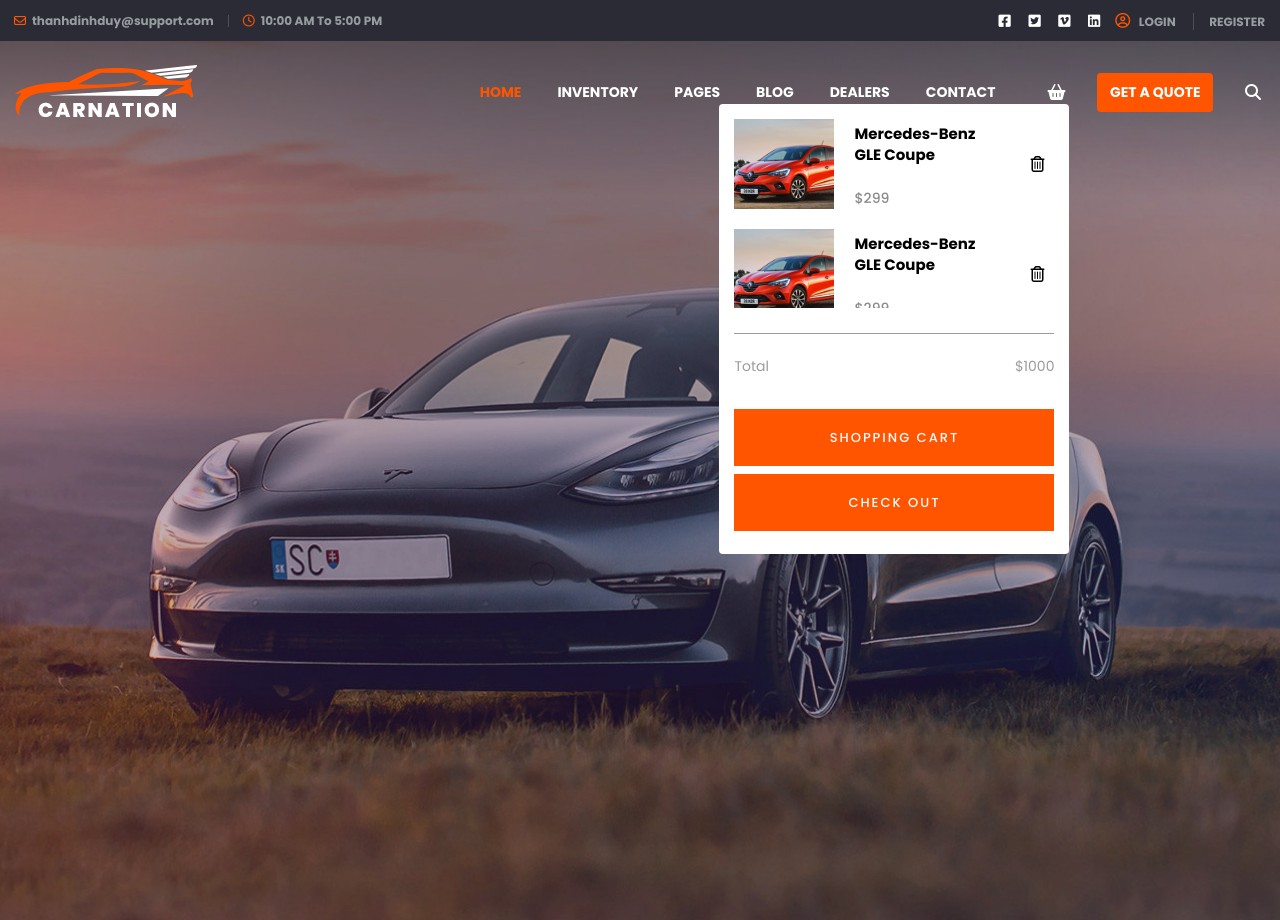
Repository: thanhdinh01/shopcar
Page: index.html
The author's editor kept a copy of each file at every save. The page is drawn from the files as they stood at one save, then again after the next save.
The browser window is 1280 px wide. The pictures show the whole page.
Some web libraries are served in a nearby version. The style sheet was rebuilt from its Sass, Less or Tailwind sources for each picture, by a compiler version that may differ from the author's.

Above is the page before, as saved 2022-08-10 21:20:05.

### index.html
<!DOCTYPE html>
<html lang="en">
  <head>
    <meta charset="UTF-8" />
    <meta http-equiv="X-UA-Compatible" content="IE=edge" />
    <meta name="viewport" content="width=device-width, initial-scale=1.0" />
    <title>Increase follower on social media</title>
    <link
      rel="stylesheet"
      href="https://cdnjs.cloudflare.com/ajax/libs/font-awesome/6.1.2/css/all.min.css"
      integrity="sha512-1sCRPdkRXhBV2PBLUdRb4tMg1w2YPf37qatUFeS7zlBy7jJI8Lf4VHwWfZZfpXtYSLy85pkm9GaYVYMfw5BC1A=="
      crossorigin="anonymous"
      referrerpolicy="no-referrer"
    />
    <link
      href="https://fonts.googleapis.com/css2?family=Poppins:wght@300;400;500;600;700&display=swap"
      rel="stylesheet"
    />
    <link rel="stylesheet" href="./css/reset.css" />
    <link rel="stylesheet" href="./css/style.css" />
  </head>

  <body>
    <div class="main">
      <!-- HEADER -->
      <header class="header">
        <div class="header-top">
          <div class="container">
            <div class="header-top-container dflex">
              <ul class="header-top-left">
                <li>
                  <i class="fa-regular fa-envelope"></i>
                  <p>thanhdinhduy@support.com</p>
                </li>
                <li>
                  <i class="fa-regular fa-clock"></i>
                  <p>10:00 AM To 5:00 PM</p>
                </li>
              </ul>
              <ul class="header-top-right">
                <li class="header-contact">
                  <a href="#"><i class="fa-brands fa-square-facebook"></i></a>
                  <a href="#"><i class="fa-brands fa-square-twitter"></i></a>
                  <a href="#"><i class="fa-brands fa-square-vimeo"></i></a>
                  <a href="#"><i class="fa-brands fa-linkedin"></i></a>
                </li>
                <li class="header-login">
                  <a href="#" class="login">
                    <i class="fa-regular fa-circle-user"></i> LOGIN
                  </a>
                  <a href="#" class="logup"> REGISTER </a>
                </li>
              </ul>
            </div>
          </div>
        </div>
        <div class="header-navigation">
          <div class="container p15 dflex">
            <div class="nav-logo">
              <a href="#" class="logo-link">
                <img src="./images/header/logo.png" alt="logo" />
              </a>
            </div>
            <div class="nav-total dflex">
              <ul class="nav-list dflex">
                <li class="nav-item active">
                  <a href="#">HOME</a>
                </li>
                <li class="nav-item">
                  <a href="#">INVENTORY </a>
                  <ul class="sub-list">
                    <li class="sub-item">
                      <a href="#">Inventory List</a>
                    </li>
                    <li class="sub-item">
                      <a href="#">Inventory Details</a>
                    </li>
                  </ul>
                </li>
                <li class="nav-item">
                  <a href="#">PAGES</a>
                  <ul class="sub-list">
                    <li class="sub-item">
                      <a href="#">About us</a>
                    </li>
                    <li class="sub-item">
                      <a href="#">Loan Calculator</a>
                    </li>
                    <li class="sub-item">
                      <a href="#">Login Page</a>
                    </li>
                  </ul>
                </li>
                <li class="nav-item">
                  <a href="#">BLOG</a>
                  <ul class="sub-list">
                    <li class="sub-item">
                      <a href="#">Our Blog</a>
                    </li>
                    <li class="sub-item">
                      <a href="#">Blog Details</a>
                    </li>
                  </ul>
                </li>
                <li class="nav-item">
                  <a href="#">DEALERS</a>
                </li>
                <li class="nav-item">
                  <a href="#">CONTACT</a>
                </li>
              </ul>
              <ul class="nav-interact dflex">
                <li class="cart">
                  <a href="#" class="cart-link">
                    <i class="fa-solid fa-basket-shopping"></i>
                  </a>
                  <div class="cart-wrap">
                    <div class="cart-top">
                      <div class="cart-item">
                        <a href="#" class="product-img">
                          <img
                            src="./images/latest-car/t_released_cars_thumb01.jpg"
                            alt=""
                          />
                        </a>
                        <div class="product-desc">
                          <a href="#" class="product-title"
                            >Mercedes-Benz GLE Coupe</a
                          >
                          <span class="product-price">$299</span>
                        </div>
                        <div class="delete-item">
                          <i class="fa-regular fa-trash-can"></i>
                        </div>
                      </div>
                      <div class="cart-item">
                        <a href="#" class="product-img">
                          <img
                            src="./images/latest-car/t_released_cars_thumb01.jpg"
                            alt=""
                          />
                        </a>
                        <div class="product-desc">
                          <a href="#" class="product-title">
                            Mercedes-Benz GLE Coupe
                          </a>
                          <span class="product-price">$299</span>
                        </div>
                        <div class="delete-item">
                          <i class="fa-regular fa-trash-can"></i>
                        </div>
                      </div>
                      <div class="cart-item">
                        <a href="#" class="product-img">
                          <img
                            src="./images/latest-car/t_released_cars_thumb01.jpg"
                            alt=""
                          />
                        </a>
                        <div class="product-desc">
                          <a href="#" class="product-title"
                            >Mercedes-Benz GLE Coupe Benz GLE Coupe</a
                          >
                          <span class="product-price">$299</span>
                        </div>
                        <div class="delete-item">
                          <i class="fa-regular fa-trash-can"></i>
                        </div>
                      </div>
                      <div class="cart-item">
                        <a href="#" class="product-img">
                          <img
                            src="./images/latest-car/t_released_cars_thumb01.jpg"
                            alt=""
                          />
                        </a>
                        <div class="product-desc">
                          <a href="#" class="product-title"
                            >Mercedes-Benz GLE Coupe</a
                          >
                          <span class="product-price">$299</span>
                        </div>
                        <div class="delete-item">
                          <i class="fa-regular fa-trash-can"></i>
                        </div>
                      </div>
                    </div>
                    <div class="cart-bottom">
                      <div class="cart-bottom-price">
                        <p>Total</p>
                        <span>$1000</span>
                      </div>
                      <div class="cart-bottom-buying">
                        <button class="button buy-now">SHOPPING CART</button>
                        <button class="button check-out">CHECK OUT</button>
                      </div>
                    </div>
                  </div>
                </li>
                <li class="quote">
                  <button class="button">GET A QUOTE</button>
                </li>
                <li class="search">
                  <i class="fa-solid fa-magnifying-glass"></i>
                </li>
              </ul>
            </div>
          </div>
        </div>
        <div class="header-main"></div>
        <div class="header-selection"></div>
      </header>
    </div>
  </body>
</html>

### css/style.scss
@import "reset";
@import "variables";
@import "global";
@import "header";

### css/_variables.scss
$primaryColor: #ff5400;
$blackColor: #000;
$whiteColor: #fff;
$textColor: #9c9c9c;

### css/_global.scss
body,
*,
html {
    font-family: 'Poppins', sans-serif;
    font-size: 62.5%;
    box-sizing: border-box;
}

.container {
    max-width: 1440px;
    margin: 0 auto;
}

.dflex {
    display: flex;
    justify-content: space-between;
    align-items: center;
}

.button {
    outline: none;
    border: none;
    color: $whiteColor;
    background-color: $primaryColor;
    line-height: 1;
}

.p15 {
    padding: 0 15px;
}

### css/_header.scss
.header {
  background: url("../images/header/banner_bg02.jpg") center/ cover no-repeat;
  height: 920px;
  .header-top {
    max-width: 100%;
    height: 41px;
    background-color: #2b2b35;
    color: #979da0;
    font-size: 1.2rem;
    font-weight: 700;
    &-container,
    .container {
      height: 100%;
    }
    &-left {
      display: flex;
      li:first-child {
        border-right: 1px solid #4f4f4f;
      }
      li {
        display: flex;
        align-items: center;
        padding: 0 14px;
        i {
          color: $primaryColor;
          margin-right: 6px;
        }
      }
    }
    &-right {
      display: flex;
      align-items: center;
      .header-contact {
        a {
          color: $whiteColor;
          margin-left: 15px;
          font-size: 1.4rem;
          text-decoration: none;
          i {
            display: inline-block;
          }
          &:hover {
            color: $primaryColor;
          }
        }
      }
      .header-login {
        a {
          text-decoration: none;
          color: #979da0;
          padding: 0 15px;
          font-size: 12px;
          &:first-child {
            padding-right: 15px;
            border-right: 1px solid #4f4f4f;
            i {
              color: $primaryColor;
              margin-right: 6px;
              font-size: 1.5rem;
            }
          }
          &:hover {
            color: $primaryColor;
          }
        }
      }
    }
  }
  .header-navigation {
    padding-top: 24px;
    position: relative;
    &::after {
      content: "";
      position: absolute;
      left: 0;
      top: 0;
      width: 100%;
      height: 156px;
      background: linear-gradient(to bottom, #151515, transparent);
      opacity: 0.47;
    }
    .nav-logo,
    .nav-total {
      z-index: 1;
    }
    .nav-list {
      margin-right: 30px;
      .nav-item.active {
        a {
          color: $primaryColor;
        }
      }
      .nav-item {
        position: relative;
        a {
          padding: 20px 18px;
          display: inline-block;
          text-decoration: none;
          font-size: 14px;
          font-weight: 700;
          color: $whiteColor;
          &:hover {
            color: $primaryColor;
          }
        }
        &:hover .sub-list {
          opacity: 1;
          visibility: visible;
          transform: scale(1);
        }
        .sub-list {
          position: absolute;
          top: 100%;
          left: 0;
          width: 200px;
          padding: 15px 0;
          background-color: $whiteColor;
          box-shadow: 0px 30px 70px 0px rgb(137 139 142 / 15%);
          transform: scale(1, 0);
          transform-origin: 0 0;
          opacity: 0;
          visibility: hidden;
          transition: all 0.3s ease-in-out;
          .sub-item a {
            color: $blackColor;
            display: block;
            padding: 16px 18px;
            &:hover {
              color: $primaryColor;
            }
          }
        }
      }
    }
    .nav-interact {
      gap: 0 28px;
      .cart {
        position: relative;
        .cart-link {
          display: block;
          padding: 4px;
          i {
            font-size: 1.6rem;
            color: $whiteColor;
          }
        }
        .cart-wrap {
          position: absolute;
          right: 0;
          top: 100%;
          height: 450px;
          width: 350px;
          padding: 15px;
          display: flex;
          flex-direction: column;
          justify-content: space-between;
          background-color: $whiteColor;
          border-radius: 4px;
          .cart-top {
            max-height: 45%;
            width: 100%;
            overflow: auto;
            flex-shrink: 0;
            .cart-item {
              display: flex;
              // align-items: center;
              gap: 0 20px;
              margin-bottom: 20px;
              .product-img {
                width: 100px;
                height: 90px;
                display: block;
                flex-shrink: 0;
                img {
                  width: 100%;
                  height: 100%;
                  object-fit: cover;
                  display: block;
                }
              }
              .product-desc {
                display: flex;
                flex-direction: column;
                margin: 4px 0;
                .product-title {
                  display: block;
                  font-size: 1.5rem;
                  font-weight: 700;
                  text-decoration: none;
                  color: $blackColor;
                  line-height: 1.4;
                  &:hover {
                    color: $primaryColor;
                  }
                }
                .product-price {
                  display: block;
                  color: #8b8b8b;
                  font-size: 1.4rem;
                  font-weight: 500;
                  margin-top: auto;
                }
              }
              .delete-item {
                display: flex;
                align-items: center;
              }
              i {
                font-size: 1.6rem;
                padding: 0 10px;
                cursor: pointer;
                &:hover {
                  color: $primaryColor;
                }
              }
            }
          }
          .cart-bottom {
            margin-top: 25px;
            flex: 1;
            border-top: 1px solid $textColor;
            display: flex;
            flex-direction: column;
            &-price {
              font-size: 1.4rem;
              color: $textColor;
              display: flex;
              justify-content: space-between;
              margin: 25px 0;
            }
            &-buying {
              // display: flex;
              // flex-direction: column;
              margin-top: auto;
              .button {
                display: block;
                padding: 22px;
                width: 100%;
                margin: 8px 0;
                font-size: 1.3rem;
                font-weight: 500;
                letter-spacing: 2px;
              }
            }
          }
        }
      }
      .quote {
        button {
          color: $whiteColor;
          font-size: 1.4rem;
          font-weight: 700;
          padding: 12.5px;
          border-radius: 4px;
          min-width: 44px;
          cursor: pointer;
          transition: all 0.3s ease;
          &:hover {
            background-color: $blackColor;
          }
        }
      }
      .search {
        i {
          display: block;
          font-size: 1.6rem;
          padding: 4px;
          color: $whiteColor;
          cursor: pointer;
        }
      }
    }
  }
}

Loaded but not shown: css/reset.css (common file); css/_reset.scss (common file)

After the next save:
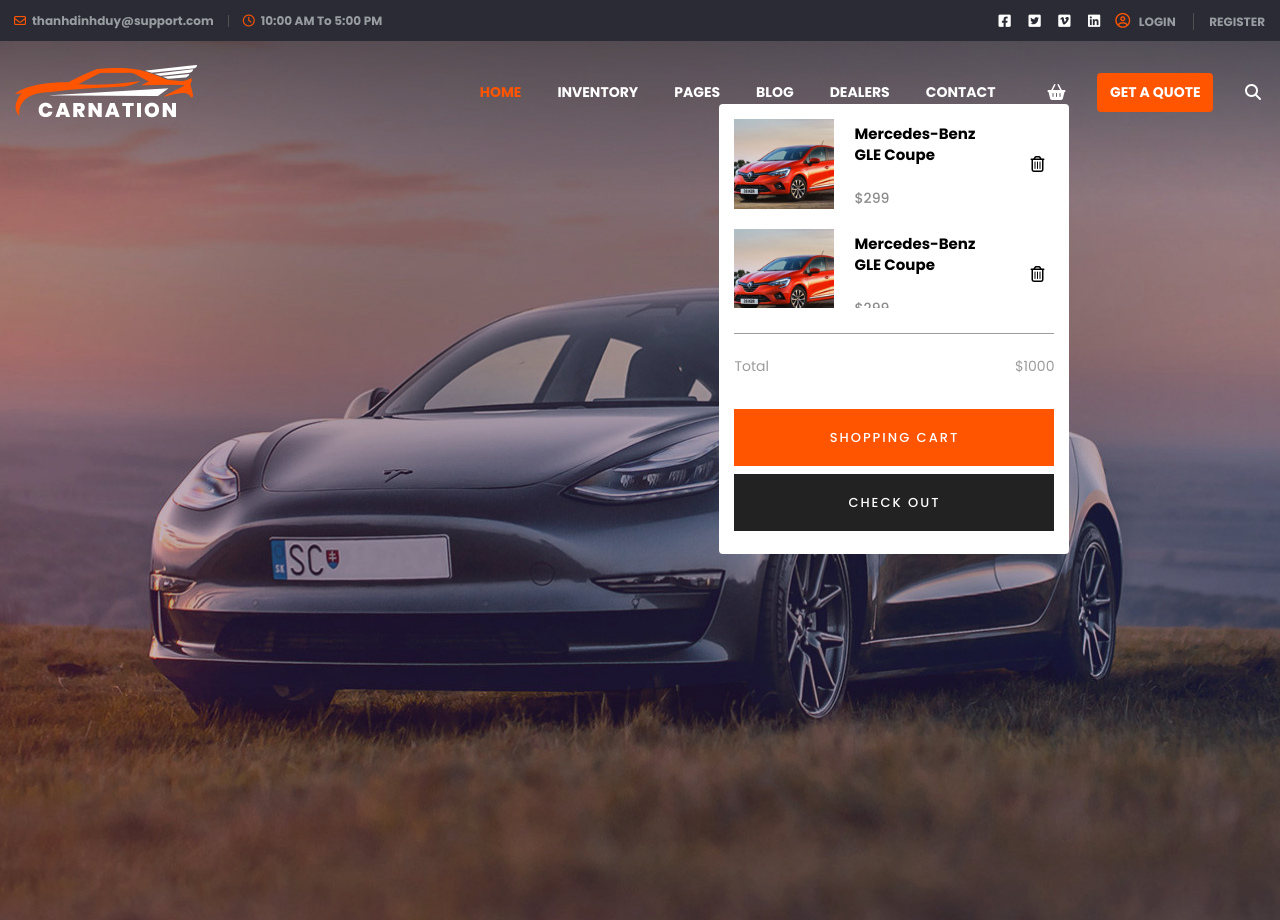
Saved 47 s later.
--- a/css/_header.scss
+++ b/css/_header.scss
@@ -241,6 +241,9 @@
                 font-weight: 500;
                 letter-spacing: 2px;
               }
+              .check-out {
+                background-color: #222;
+              }
             }
           }
         }
